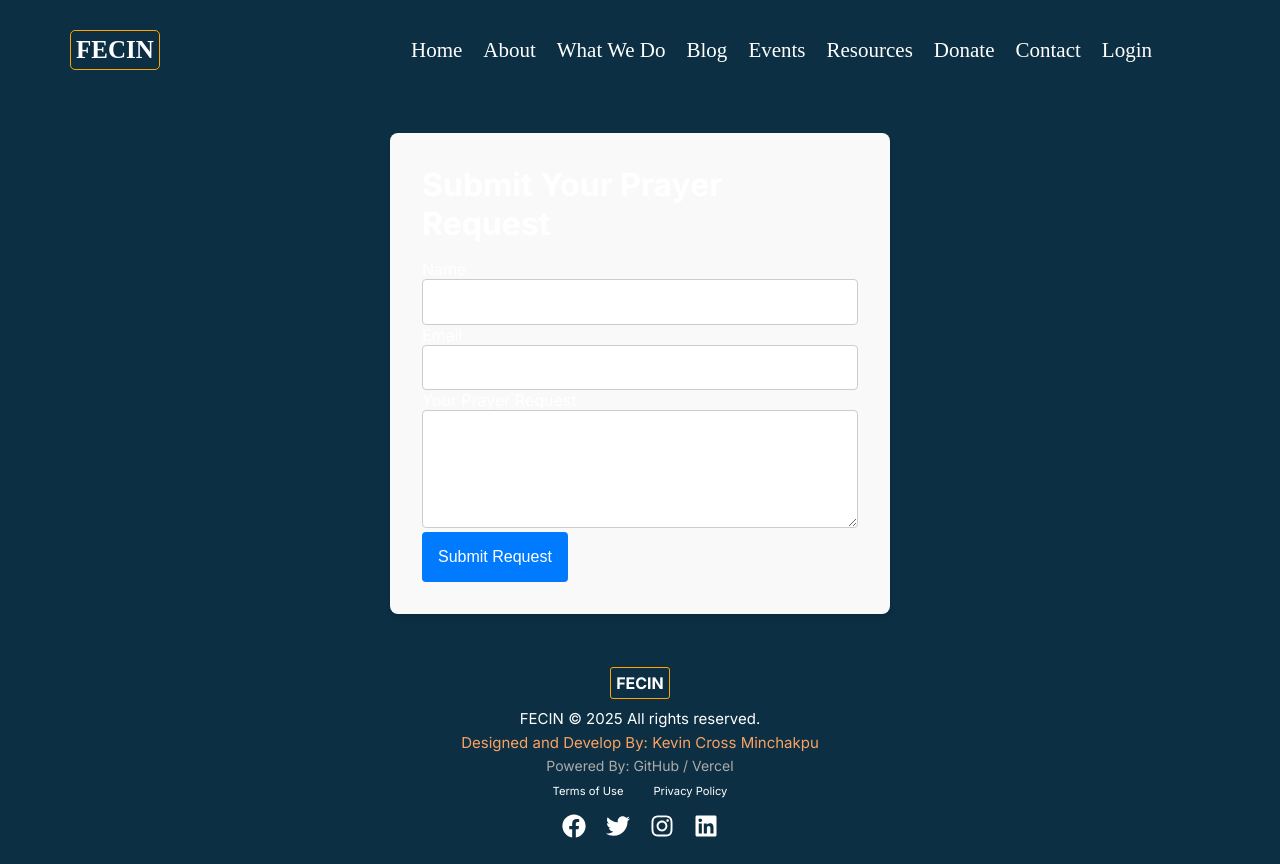
Repository: KCMinchakpu/fecin-projectgs497
Page: /prayers
These files come from the project's save history. The page is drawn as it stood at one moment and after the next save; the edit follows.
The browser window is 1280 px wide. The pictures show the whole page.
The page's requests for data from a server got no answer. The project was rebuilt for these pictures with package versions that can differ from the ones it lists, and the page was loaded fresh each time. The framework's server and built-in components were replaced by stand-ins that run in the browser. No one was signed in, and anything a server would have sent is missing. Also part of the build but not shown: next.config.mjs.

Above is the page before, as saved 2025-04-12 17:04:26.

### src/app/layout.js
"use client";

import { Inter } from "next/font/google";
import "./globals.css";
import Navbar from "@/components/navbar/Navbar";
import Footer from "@/components/footer/Footer";
import { SessionProvider } from "next-auth/react"; // Import SessionProvider

const inter = Inter({ subsets: ["latin"] });

export default function RootLayout({ children }) {
  return (
    <html lang="en">
      <body className={inter.className}>
        <SessionProvider>
          <div className="container">
            <Navbar />
            {children}
            <Footer />
          </div>
        </SessionProvider>
      </body>
    </html>
  );
}

### src/app/prayers/page.jsx
'use client';

import { useState } from 'react';
import styles from './prayers.module.css';

function SubmitPrayerRequest() {
  const [prayerRequest, setPrayerRequest] = useState({
    name: '',
    email: '',
    prayerRequest: ''
  });

  const handleChange = (e) => {
    const { name, value } = e.target;
    setPrayerRequest({ ...prayerRequest, [name]: value });
  };

  const handleSubmit = (e) => {
    e.preventDefault();
    // Handle form submission logic (e.g., sending data to a backend or Firebase)
    console.log('Prayer Request Submitted:', prayerRequest);
  };

  return (
    <div className={styles.formContainer}>
      <h1>Submit Your Prayer Request</h1>
      <form onSubmit={handleSubmit}>
        <div>
          <label htmlFor="name" className={styles.label}>Name</label>
          <input
            type="text"
            id="name"
            name="name"
            value={prayerRequest.name}
            onChange={handleChange}
            className={styles.input}
            required
          />
        </div>

        <div>
          <label htmlFor="email" className={styles.label}>Email</label>
          <input
            type="email"
            id="email"
            name="email"
            value={prayerRequest.email}
            onChange={handleChange}
            className={styles.input}
            required
          />
        </div>

        <div>
          <label htmlFor="prayerRequest" className={styles.label}>Your Prayer Request</label>
          <textarea
            id="prayerRequest"
            name="prayerRequest"
            value={prayerRequest.prayerRequest}
            onChange={handleChange}
            className={`${styles.input} ${styles.textarea}`}
            rows="5"
            required
          />
        </div>

        <button type="submit" className={styles.submitButton}>Submit Request</button>
      </form>
    </div>
  );
}

export default SubmitPrayerRequest;

### src/app/globals.css
:root {
    --bg: #0c2f43;
    --text: white;
    --bgSoft: #091f2c;
    --textSoft: rgb(237, 232, 232);
    --btn: #de3c21;
    --bgWhite: white;
    --textGray: #444444;
}

/* Box sizing rules */
* {
    box-sizing: border-box;
    margin:0;
    padding: 0;
  }

/* Set core body defaults */
body {
    background-color: var(--bgWhite);
    color: var(--text);
  }

a {
    color: inherit;
    text-decoration: none;
}

.container {
  background-color: var(--bg);
  width: 100%; /* Default for small screens */
  margin: auto;
  padding-left: 20px;
  padding-right: 20px;
  min-height: 120vh;
  display: flex;
  flex-direction: column;
  justify-content: space-between;
}

.callnana {
    background-color: var(--bgWhite);
    color: var(--textGray);
    padding: 20px;
    border-radius: 8px;
    box-shadow: 0 4px 8px rgba(0, 0, 0, 0.1);
    margin-bottom: 20px;
    width: 400px;
    height: 200px;
    align-items: center;
    justify-items: center;
}

### src/components/navbar/Navbar.jsx
import React from 'react';
import Link from 'next/link';
import Links from "./links/Links";
import styles from "./navbar.module.css";

const Navbar = () => {
  return (
    <div className={styles.container}>
      <Link href="/" className={styles.logo}>FECIN</Link>
      <div>
        <Links />
      </div>
    </div>
  );
};

export default Navbar;

### src/components/footer/Footer.jsx
import React from 'react';
import styles from './footer.module.css';
import { FaFacebook, FaTwitter, FaInstagram, FaLinkedin } from 'react-icons/fa';

const Footer = () => {
  return (
    <div className={styles.container}>
      <div className={styles.logo}>
        {/* You can add a logo image here if needed */}
        <h2>FECIN</h2>
      </div>
      <div>
        <p className={styles.text}>FECIN © 2025 All rights reserved.</p>
        <p className={styles.author}>
          <a href="https://www.linkedin.com/in/kevin-cross-minchakpu-7897379a" target="_blank">Designed and Develop By: Kevin Cross Minchakpu</a>
          </p>
        <p className={styles.company}>
          <a href="https://octatesystems.github.io/OSNigeria/">Powered By: GitHub / Vercel</a>
          </p>
      </div>
      <div className={styles.links}>
        <a href="/terms" className={styles.link}>Terms of Use</a>
        <a href="/privacy" className={styles.link}>Privacy Policy</a>
      </div>
      <div className={styles.socialIcons}>
        <a href="https://facebook.com" target="_blank" rel="noopener noreferrer" className={styles.icon}>
          <FaFacebook />
        </a>
        <a href="https://twitter.com" target="_blank" rel="noopener noreferrer" className={styles.icon}>
          <FaTwitter />
        </a>
        <a href="https://instagram.com" target="_blank" rel="noopener noreferrer" className={styles.icon}>
          <FaInstagram />
        </a>
        <a href="https://linkedin.com" target="_blank" rel="noopener noreferrer" className={styles.icon}>
          <FaLinkedin />
        </a>
      </div>
    </div>
  );
};

export default Footer;

### src/app/prayers/prayers.module.css
/* prayers.module.css */
.formContainer {
    display: flex;
    flex-direction: column;
    gap: 1rem;
    max-width: 500px;
    margin: 0 auto;
    padding: 2rem;
    background-color: #f9f9f9;
    border-radius: 8px;
    box-shadow: 0 4px 6px rgba(0, 0, 0, 0.1);
  }

  .label {
    font-size: 1rem;
    margin-bottom: 0.5rem;
  }

  .input,
  .textarea {
    padding: 0.8rem;
    font-size: 1rem;
    border: 1px solid #ccc;
    border-radius: 4px;
    width: 100%;
  }

  .textarea {
    resize: vertical;
  }

  .submitButton {
    padding: 1rem;
    background-color: #007BFF;
    color: white;
    border: none;
    border-radius: 4px;
    font-size: 1rem;
    cursor: pointer;
    transition: background-color 0.3s;
  }

  .submitButton:hover {
    background-color: #0056b3;
  }

### src/components/navbar/links/Links.jsx
"use client";

import React, { useState } from "react";
import { useSession } from "next-auth/react";
import Image from 'next/image';
import NavLink from "../navLink/NavLink";
import styles from "./links.module.css";

const links = [
  { title: "Home", path: "/" },
  { title: "About", path: "/about" },
  { title: "What We Do", path: "/whatwedo" },
  { title: "Blog", path: "/blog" },
  { title: "Events", path: "/upcoming-events" },
  { title: "Resources", path: "/resources" },
  { title: "Donate", path: "/donate" },
    { title: "Contact", path: "/contact" },
  ];

const Links = () => {
  const [open, setOpen] = useState(false);
  const { data: session, status } = useSession();

  const isAdmin = session?.user?.role === "admin";

  return (
    <div className={styles.container}>
      <div className={styles.links}>
        {links.map((link) => (
          <NavLink item={link} key={link.title} />
        ))}

        {!session && status !== "loading" && (
          <NavLink item={{ title: "Login", path: "/login" }} />
        )}

        {session && isAdmin && (
          <NavLink item={{ title: "Admin", path: "/admin" }} />
        )}

        {session && (
          <form method="post" action="/api/auth/signout">
            <button className={styles.logout}>Logout</button>
          </form>
        )}
      </div>

      <Image
        className={styles.menuButton}
        src="/menu.png"
        alt="Hamburger menu"
        width={30}
        height={30}
        onClick={() => setOpen((prev) => !prev)}
      />

      {open && (
        <div className={styles.mobileLinks}>
          {links.map((link) => (
            <NavLink item={link} key={link.title} />
          ))}
        </div>
      )}
    </div>
  );
};

export default Links;

### src/components/navbar/navbar.module.css
.container {
    height: 100px;
    display: flex;
    align-items: center;
    justify-content: space-between;
}

.logo {
    font-size: 25px;
    font-weight: bold;
    font-family: "Play", serif;
    font-weight: 700;
    font-style: normal;
    border: 1.5px solid orange;
    padding: 5px;
    border-radius: 5px;
    margin-left: 50px;
}

### src/components/footer/footer.module.css
/* Footer Container */
.container {
    background-color: var(--bg);
    color: white;
    display: flex;
    flex-direction: column;
    align-items: center;
    justify-content: space-between;
    padding: 20px;
    text-align: center;
  }

  .logo h2 {
    font-size: 1rem;
    margin-bottom: 10px;
    border: 1px solid orange;
    padding: 5px;
    border-radius: 3px;
  }

  .text {
    margin-bottom: 5px;
    font-size: 15px;

  }
  .author {
    margin-bottom: 5px;
    font-size: 15px;
    color: rgb(250, 162, 99);
  }

  .company {
    margin-bottom: 5px;
    font-size: 14px;
    color: rgb(174, 172, 170);
  }

  .author:hover {
    text-decoration: underline;
  }

  .company:hover {
    text-decoration: underline;
  }

  .links {
    margin-bottom: 15px;
  }

  .link {
    color: white;
    margin: 0 15px;
    text-decoration: none;
    font-size: 0.7rem;
  }

  .link:hover {
    text-decoration: underline;
  }

  .socialIcons {
    display: flex;
    justify-content: center;
    gap: 20px;
  }

  .icon {
    font-size: 1.5rem;
    color: white;
    transition: color 0.3s ease;
  }

  .icon:hover {
    color: #0070f3;
  }


  @media (min-width: 768px) {
    .container {
      flex-direction: column;
      align-items: center;
      justify-content: space-around;
    }
  }

### src/components/navbar/navLink/navLink.jsx
"use client";

import React from "react";
import Link from "next/link";
import { usePathname } from "next/navigation";
import styles from "./navLink.module.css";

const NavLink = ({ item }) => {
  const pathName = usePathname();
  return (
    <Link
      href={item.path}
      className={`${styles.container} ${
        pathName === item.path ? styles.active : ""
      }`}
    >
      {item.title}
    </Link>
  );
};

export default NavLink;

### src/components/navbar/links/links.module.css
.links {
    display: flex;
    align-items: center;
    gap: 5px;
    font-family: "Play", serif;
    font-style: normal;
    margin-right: 100px;
    font-size: 21px;
}

.logout {
    padding: 5px;
    cursor: pointer;
    font-weight: bold;
    font-size: 15px;
}

.menuButton,
.mobileLinks {
   display: none;
  }

  @media (max-width: 480px){
    .links {
        display: none;
    }

    .menuButton {
        display: block;
        cursor: pointer;
      }

    .mobileLinks {
        position: absolute;
        top: 100px;
        right: 0;
        width: 50%;
        height: calc(100vh-100px);
        /*background-color: var(--bg);*/
       background-color: brown;
        display: flex;
        flex-direction: column;
        align-items: center;
        justify-content: center;
        gap: 10px;
      }
  }

### src/components/navbar/navLink/navLink.module.css
.container {
    padding: 8px;
    text-align: center;


}

.active {
    background-color: var(--text);
    color: var(--btn);
}

After the next save:
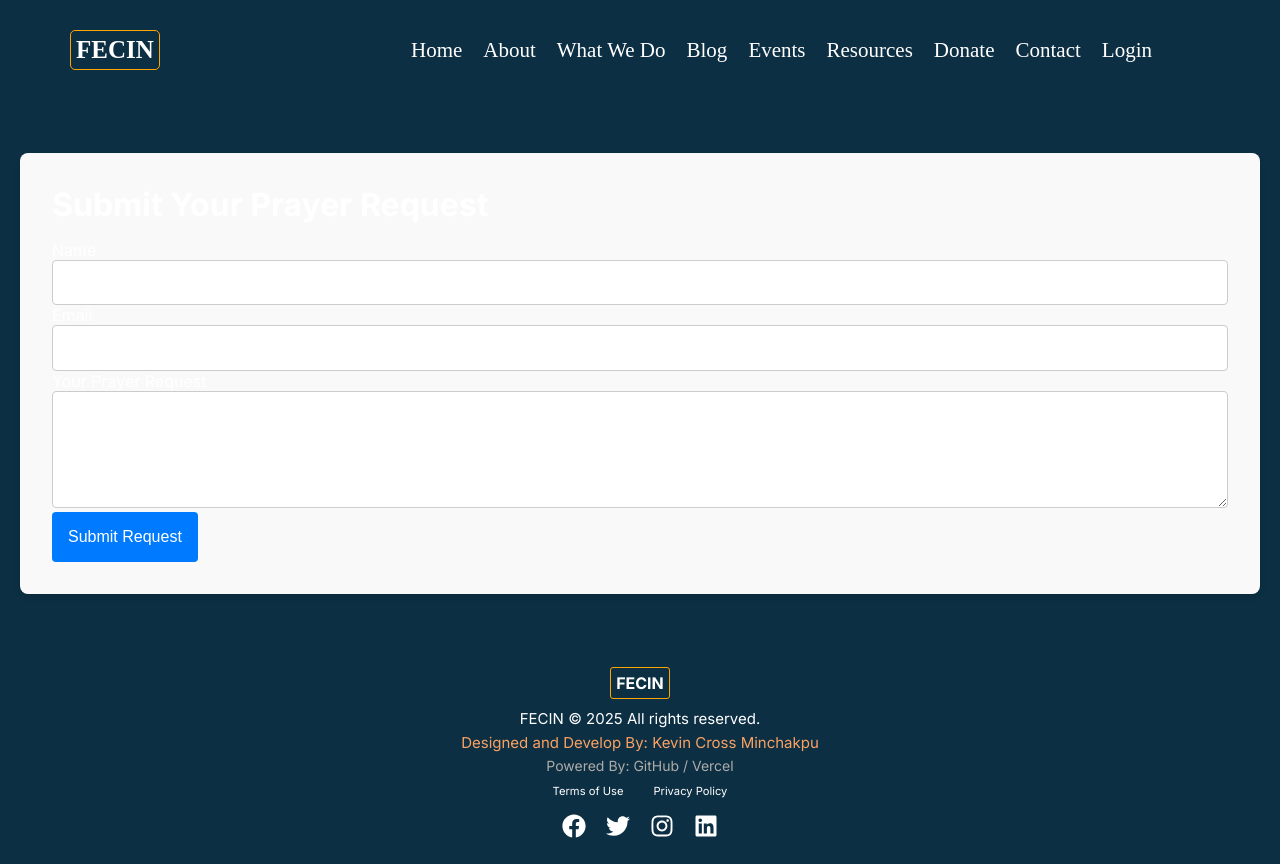
Saved 37 s later.
--- a/src/app/prayers/prayers.module.css
+++ b/src/app/prayers/prayers.module.css
@@ -3,7 +3,7 @@
     display: flex;
     flex-direction: column;
     gap: 1rem;
-    max-width: 500px;
+    width: 100%;
     margin: 0 auto;
     padding: 2rem;
     background-color: #f9f9f9;
